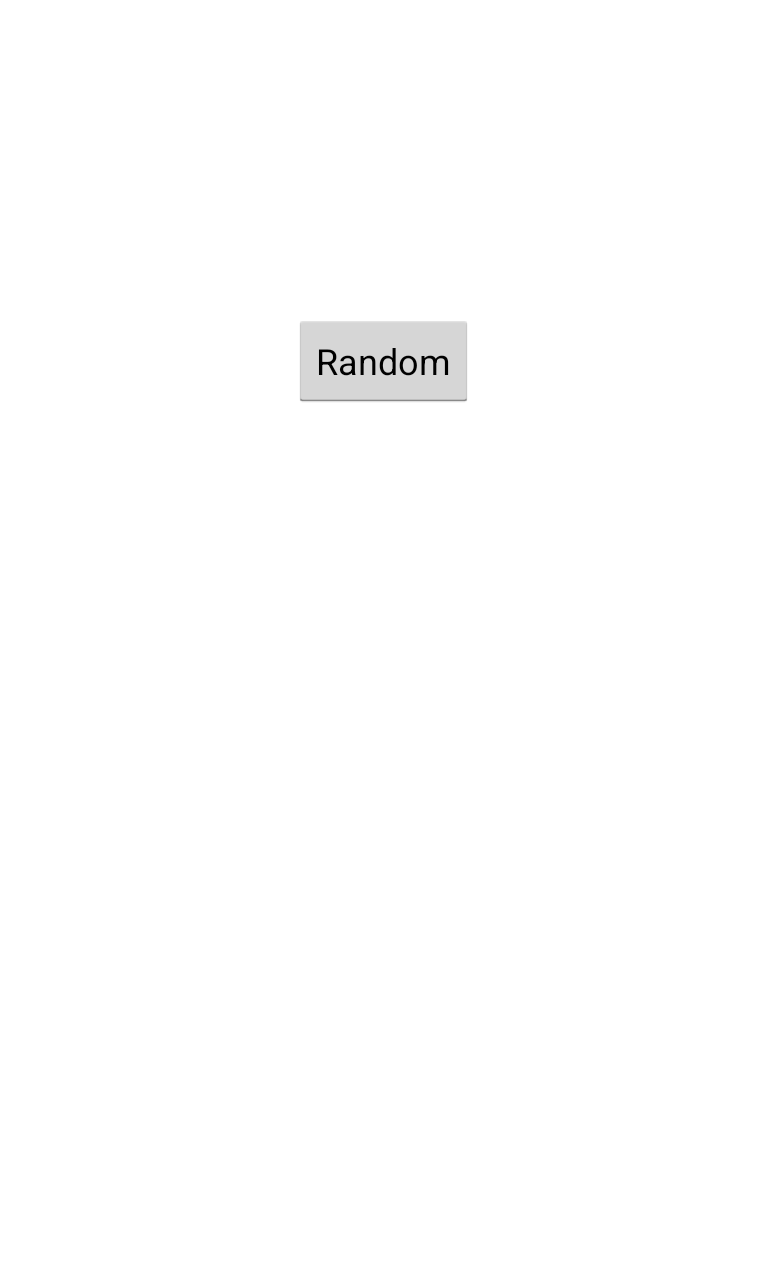
Repository: ek222mw/IDV436_API_Komponent
Layout: Labb1/res/layout/activity_main.xml
These files come from the project's save history. The layout is drawn as it stood at one moment and after the next save; the edit follows.
It is drawn on a 768 x 1280 px phone screen (xhdpi) without system bars, with theme AppTheme; the app's code is not run.

Above is the layout before, as saved 2014-11-14 10:16:26.

### Labb1/res/layout/activity_main.xml
<LinearLayout xmlns:android="http://schemas.android.com/apk/res/android"
    xmlns:tools="http://schemas.android.com/tools"
    android:layout_width="match_parent"
    android:layout_height="match_parent"
    android:paddingBottom="@dimen/activity_vertical_margin"
    android:paddingLeft="@dimen/activity_horizontal_margin"
    android:paddingRight="@dimen/activity_horizontal_margin"
    android:paddingTop="@dimen/activity_vertical_margin"
    tools:context="com.example.labb1.MainActivity"
    android:orientation="vertical"
     >


      <TextView
        android:id="@+id/randomInt"
        android:layout_width="wrap_content"
        android:layout_height="wrap_content"
        android:text="@string/randomInt"

        android:textSize="30sp"
         />

    <Button
        android:id="@+id/button_send"
        android:layout_width="wrap_content"
        android:layout_height="wrap_content"
        android:text="@string/random"

      	android:layout_marginTop="100dp"
      	android:layout_gravity="center"
        />





</LinearLayout>

### Labb1/res/values/strings.xml
<?xml version="1.0" encoding="utf-8"?>
<resources>

    <string name="app_name">Labb1</string>
    <string name="hello_world">Hello world!</string>
    <string name="action_settings">Settings</string>
    <string name="random">Random</string>
    <string name="randomInt"></string>

</resources>

Loaded but not shown: Labb1/res/values/styles.xml (common file); Labb1/res/values-v11/styles.xml (common file); Labb1/res/values-v14/styles.xml (common file); Labb1/res/values/dimens.xml (common file); Labb1/res/values-w820dp/dimens.xml (common file)

After the next save:
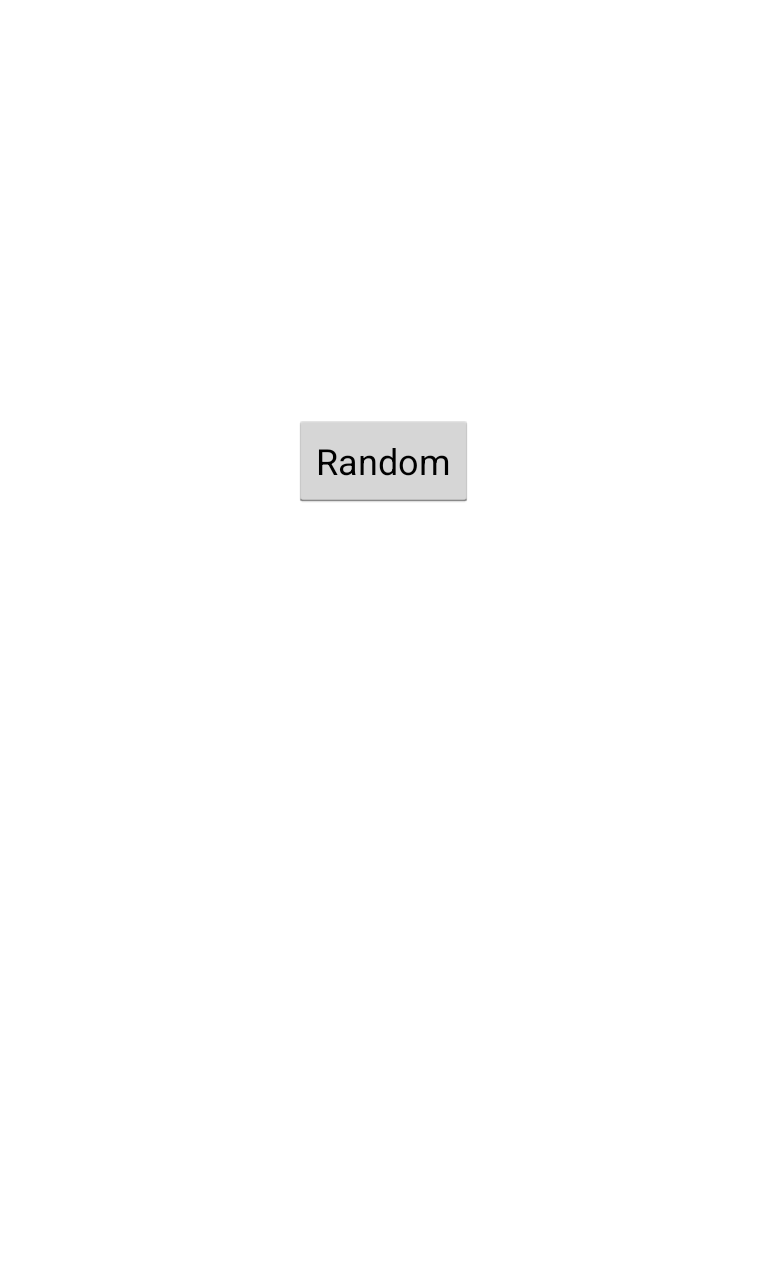
Saved 82 s later.
--- a/Labb1/res/layout/activity_main.xml
+++ b/Labb1/res/layout/activity_main.xml
@@ -26,7 +26,7 @@
         android:layout_height="wrap_content"
         android:text="@string/random"
 
-      	android:layout_marginTop="100dp"
+      	android:layout_marginTop="150dp"
       	android:layout_gravity="center"
         />
 
